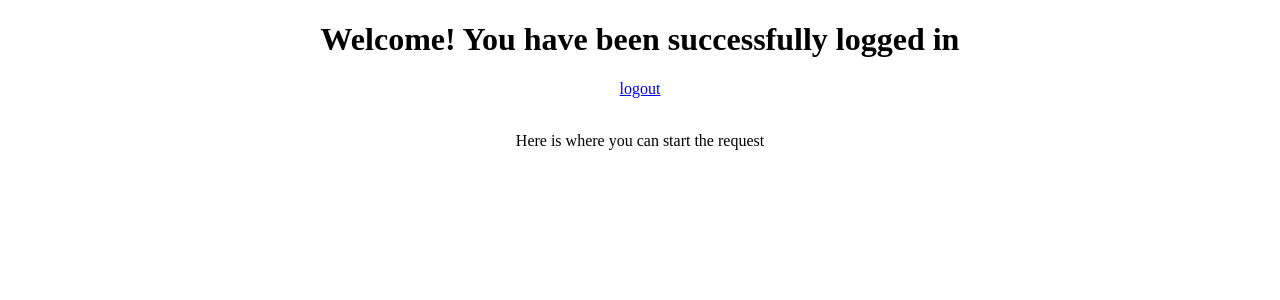
Repository: jrule5960/Tree-Cutting-Database
Page: http://localhost/database/ClientPage.jsp
The author's editor kept a copy of each file at every save. The page is drawn from the files as they stood at one save, then again after the next save.
The browser window is 1280 px wide. The pictures show the whole page.
The page is served by Tomcat 9.

Above is the page before, as saved 2023-10-12 21:34:15.

After the next save:
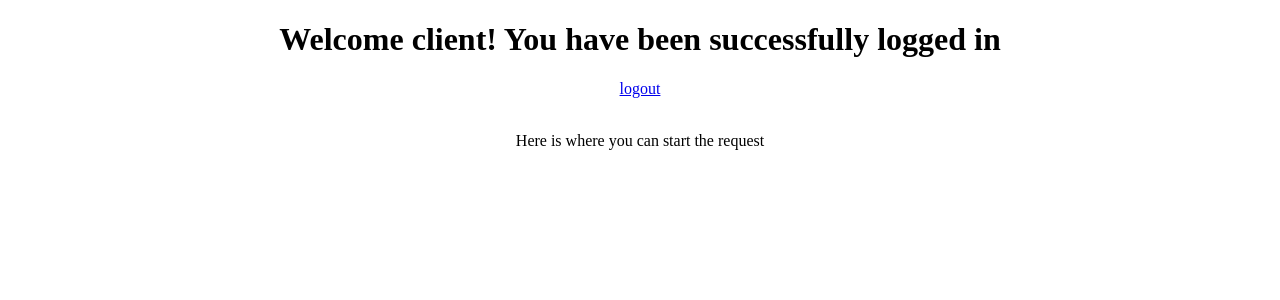
Saved 11 s later.
--- a/database/WebContent/ClientPage.jsp
+++ b/database/WebContent/ClientPage.jsp
@@ -9,7 +9,7 @@
 <title>Client page</title>
 </head>
 
-<center><h1>Welcome! You have been successfully logged in</h1> </center>
+<center><h1>Welcome client! You have been successfully logged in</h1> </center>
 
 
 	<body>
